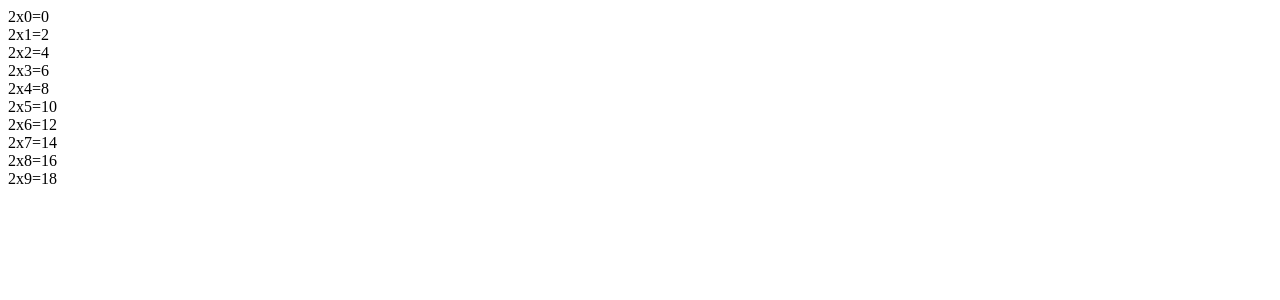
Repository: houn7145/class
Page: http://localhost/ch02_semiJSP/NewFile.jsp
The author's editor kept a copy of each file at every save. The page is drawn from the files as they stood at one save, then again after the next save.
The browser window is 1280 px wide. The pictures show the whole page.
The page is served by Tomcat 9.

Above is the page before, as saved 2023-02-06 12:59:06.

After the next save:
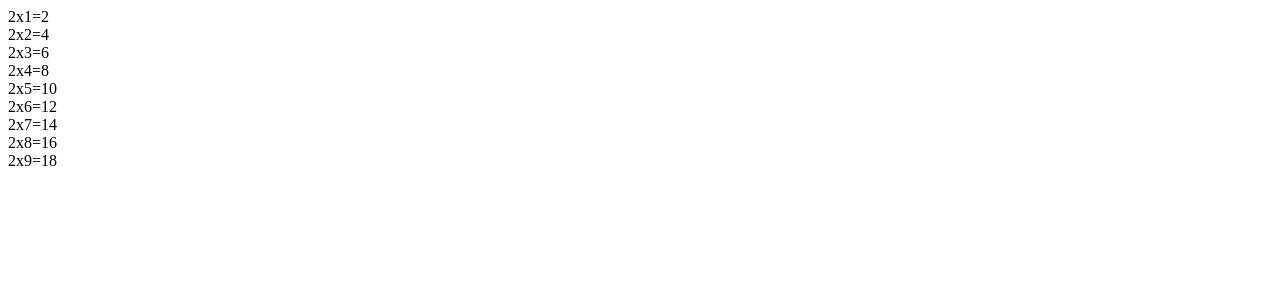
Saved 9 s later.
--- a/source/06_jsp/ch02_semiJSP/WebContent/NewFile.jsp
+++ b/source/06_jsp/ch02_semiJSP/WebContent/NewFile.jsp
@@ -8,7 +8,7 @@
 </head>
 <body>
 	<%
-		for(int i = 0 ; i < 10 ; i++){
+		for(int i = 1 ; i < 10 ; i++){
 
 	%>
 	<%=2 + "x" + i + "=" + (2*i)+"<br>"%>
